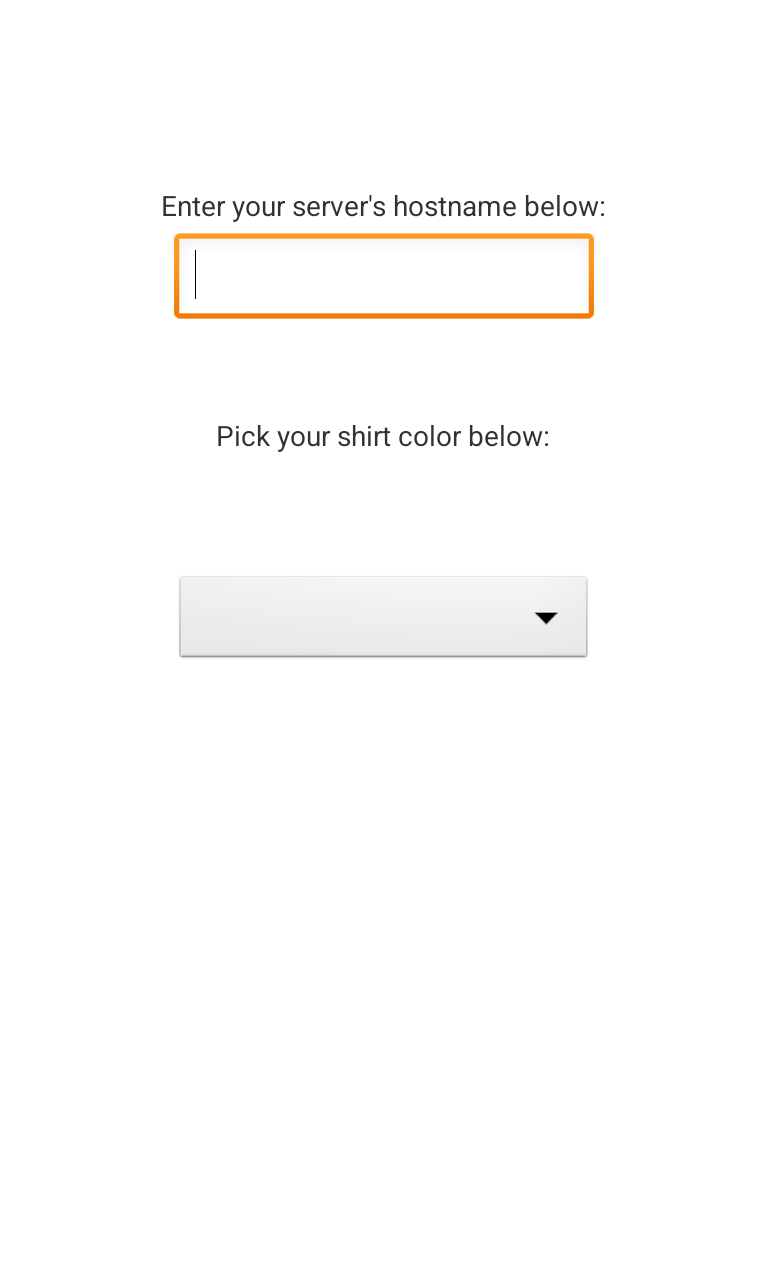
Repository: jesseanderson/GoatsWithoutHats
Layout: android/GoatsWithoutHats/res/layout/activity_new_game.xml
The author's editor kept a copy of each file at every save. The layout is drawn from the files as they stood at one save, then again after the next save.
It is drawn on a 768 x 1280 px phone screen (xhdpi) without system bars, with theme android:Theme.Light.NoTitleBar.Fullscreen; the app's code is not run.

Above is the layout before, as saved 2014-09-13 03:38:47.

### android/GoatsWithoutHats/res/layout/activity_new_game.xml
<RelativeLayout xmlns:android="http://schemas.android.com/apk/res/android"
    xmlns:tools="http://schemas.android.com/tools"
    android:layout_width="match_parent"
    android:layout_height="match_parent"
    android:paddingBottom="@dimen/activity_vertical_margin"
    android:paddingLeft="@dimen/activity_horizontal_margin"
    android:paddingRight="@dimen/activity_horizontal_margin"
    android:paddingTop="@dimen/activity_vertical_margin"
    tools:context=".NewGameActivity" >

    <EditText
        android:id="@+id/hostnameedittext"
        android:layout_width="wrap_content"
        android:layout_height="wrap_content"
        android:layout_alignParentTop="true"
        android:layout_centerHorizontal="true"
        android:layout_marginTop="100dp"
        android:ems="10"
        android:inputType="textEmailAddress"
        android:maxLines="1"
        android:scrollHorizontally="true" >

        <requestFocus />
    </EditText>

    <TextView
        android:id="@+id/servertextview"
        android:layout_width="wrap_content"
        android:layout_height="wrap_content"
        android:layout_alignBottom="@+id/hostnameedittext"
        android:layout_centerHorizontal="true"
        android:layout_marginBottom="52dp"
        android:text="@string/hostname_edit_label" />

    <TextView
        android:id="@+id/colortextview"
        android:layout_width="wrap_content"
        android:layout_height="wrap_content"
        android:layout_below="@+id/hostnameedittext"
        android:layout_centerHorizontal="true"
        android:layout_marginTop="44dp"
        android:text="@string/shirt_color_label" />

    <Spinner
        android:id="@+id/colorspinner"
        android:layout_width="wrap_content"
        android:layout_height="wrap_content"
        android:layout_alignLeft="@+id/hostnameedittext"
        android:layout_alignRight="@+id/hostnameedittext"
        android:layout_below="@+id/colortextview"
        android:layout_marginTop="59dp" />

</RelativeLayout>

### android/GoatsWithoutHats/res/values/integers.xml
<?xml version="1.0" encoding="utf-8"?>
<resources>

    <string name="app_name">Goats Without Hats</string>
    <string name="action_settings">Settings</string>
    <string name="title_activity_new_game">NewGameActivity</string>
    <string name="hostname_edit_label">Enter your server\'s hostname below:</string>
    <string name="shirt_color_label">Pick your shirt color below:</string>

</resources>

### android/GoatsWithoutHats/res/values/strings.xml
<?xml version="1.0" encoding="utf-8"?>
<resources>

    <string name="app_name">Goats Without Hats</string>
    <string name="action_settings">Settings</string>
    <string name="title_activity_new_game">NewGameActivity</string>
    <string name="hostname_edit_label">Enter your server\'s hostname below:</string>
    <string name="shirt_color_label">Pick your shirt color below:</string>

</resources>

### android/GoatsWithoutHats/res/drawable/playbuttonselector.xml
<?xml version="1.0" encoding="utf-8"?>
<selector xmlns:android="http://schemas.android.com/apk/res/android">
    <item android:drawable="@drawable/playbuttonpressed"
          android:state_pressed="true" />
    <item android:drawable="@drawable/playbutton"
          android:state_focused="true" />
    <item android:drawable="@drawable/playbutton" />
</selector>

Loaded but not shown: android/GoatsWithoutHats/res/values/dimens.xml (common file)

After the next save:
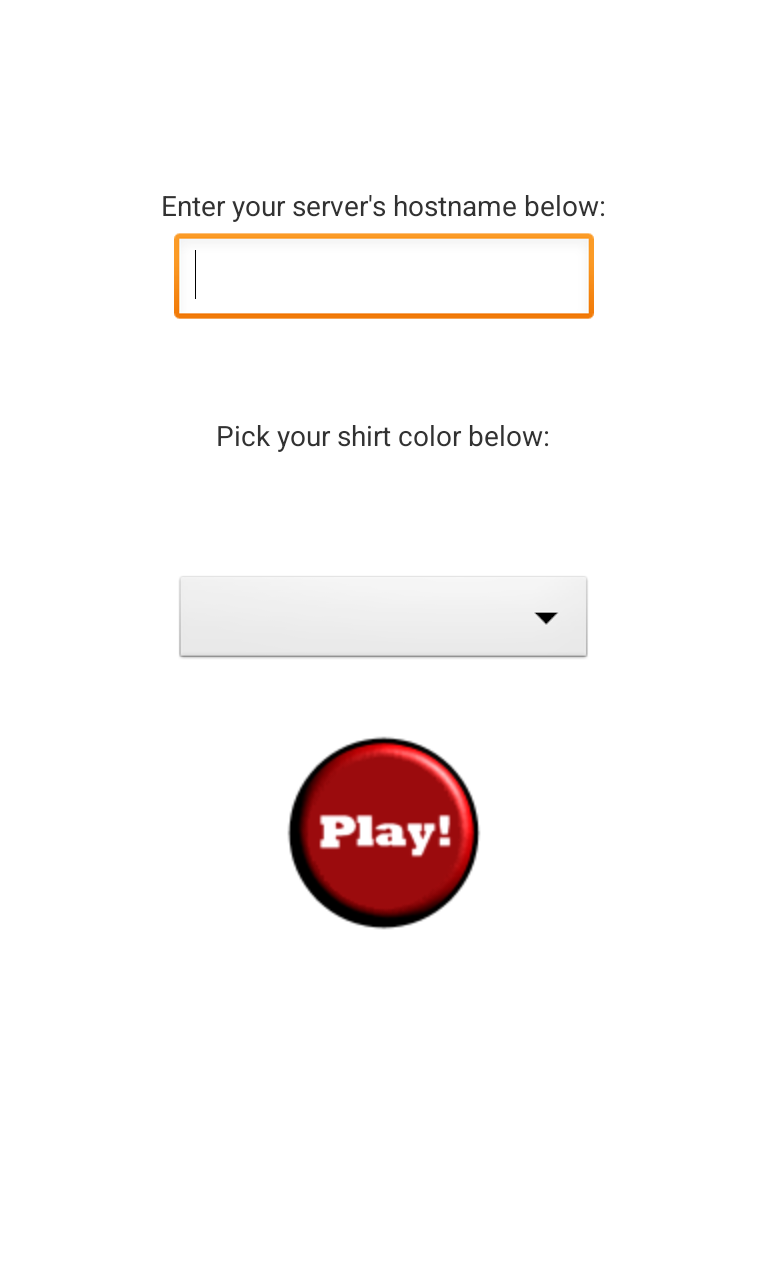
Saved 2 min 14 s later.
--- a/android/GoatsWithoutHats/res/layout/activity_new_game.xml
+++ b/android/GoatsWithoutHats/res/layout/activity_new_game.xml
@@ -50,4 +50,14 @@
         android:layout_below="@+id/colortextview"
         android:layout_marginTop="59dp" />
 
+    <ImageButton
+        android:id="@+id/connectbutton"
+        android:layout_width="wrap_content"
+        android:layout_height="wrap_content"
+        android:layout_below="@+id/colorspinner"
+        android:layout_centerHorizontal="true"
+        android:layout_marginTop="32dp"
+        android:background="#00000000"
+        android:src="@drawable/playbuttonselector" />
+
 </RelativeLayout>
